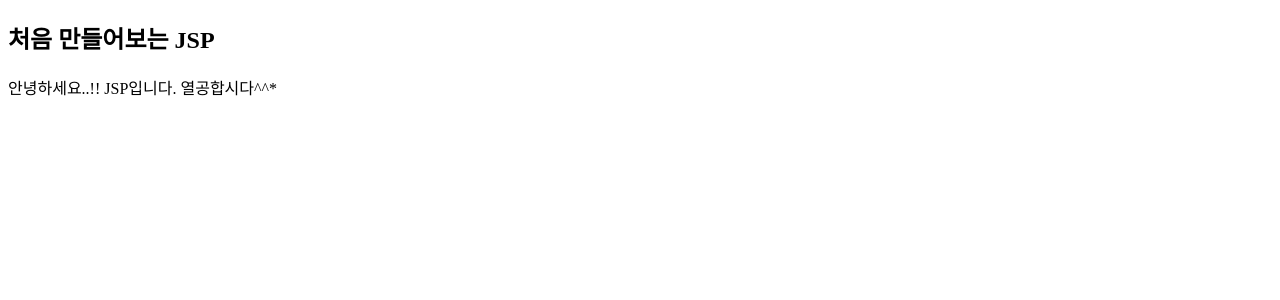
Repository: zodib0123/kdt_jsp
Page: http://localhost/MustHaveJSP/Hello.jsp
An editor plug-in stored every save of this project. The page is shown before and after the next save, followed by the edit.
The browser window is 1280 px wide. The pictures show the whole page.
The page is served by Tomcat 10.

Above is the page before, as saved 2025-09-22 05:51:35.

After the next save:
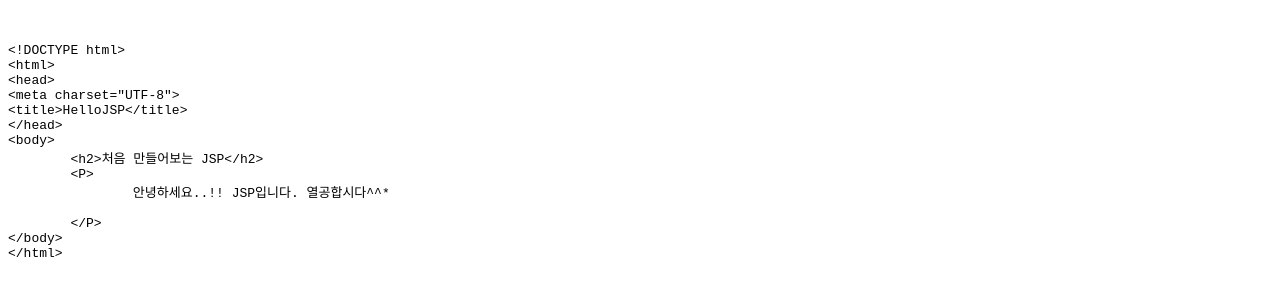
Saved 35 min 55 s later.
--- a/MustHaveJSP/src/main/webapp/Hello.jsp
+++ b/MustHaveJSP/src/main/webapp/Hello.jsp
@@ -1,4 +1,4 @@
-<%@ page language="java" contentType="text/html; charset=UTF-8"
+<%@ page language="java" contentType="text/flame; charset=UTF-8"
     pageEncoding="UTF-8"%>
 <%
 String str1 = "JSP";

After the 2 saves that followed:
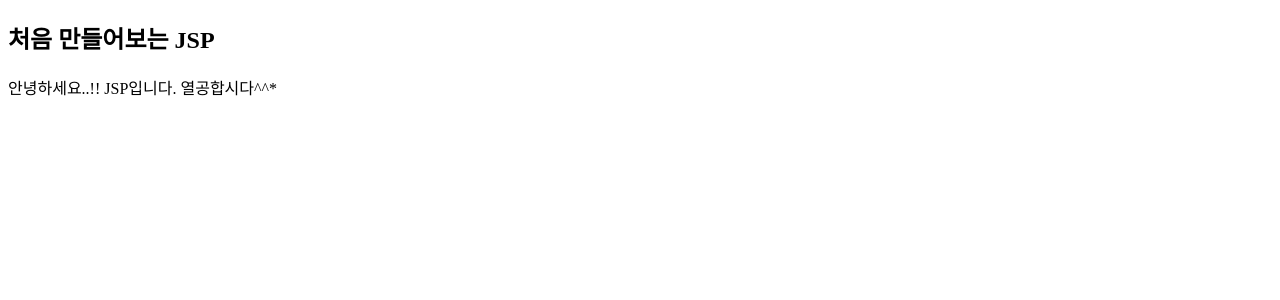
The 2 saves are shown as one change because 1 left the picture as it was.
The last was saved 36 s later.
--- a/MustHaveJSP/src/main/webapp/Hello.jsp
+++ b/MustHaveJSP/src/main/webapp/Hello.jsp
@@ -1,4 +1,4 @@
-<%@ page language="java" contentType="text/flame; charset=UTF-8"
+<%@ page language="java" contentType="text/html; charset=UTF-8"
     pageEncoding="UTF-8"%>
 <%
 String str1 = "JSP";
